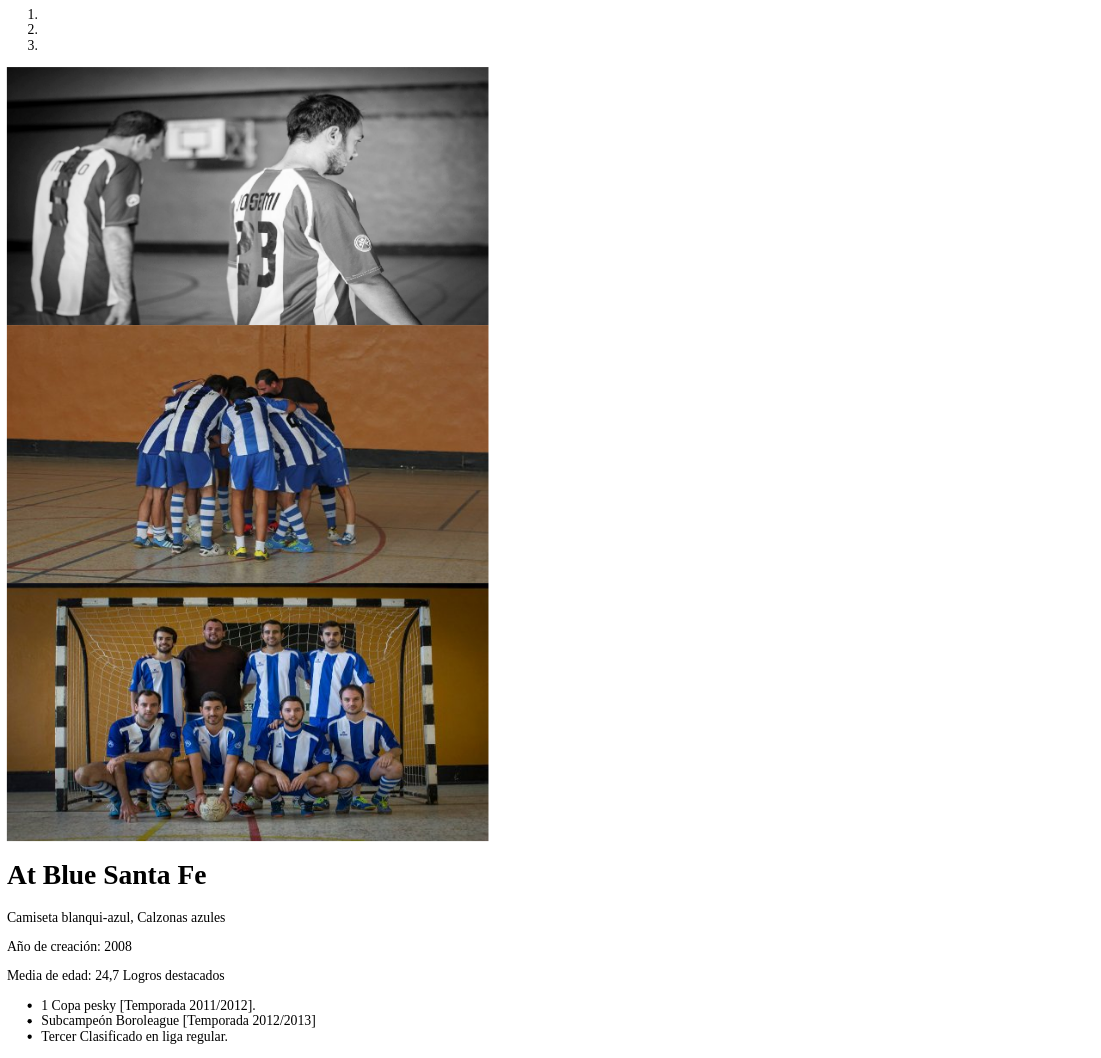
Repository: DiegoGodoy/atletiblue
Page: app/views/plantilla.html
The author's editor kept a record of every edit. The page is drawn from the files as they stood at one moment, then again after the next edit.
The browser window is 1280 px wide. The pictures show the whole page, at 86% of full size.

Above is the page before.

### app/views/plantilla.html
<div ng-controller="PlantillaCtrl" class="container" >
        <div class="row">

            <div class="col-md-12">
                <div class="panel">
                    <div class="panel-body">
                         <div id="miCarrusel" class="carousel slide col-md-7" data-ride="carousel">
                          <!-- indicadores para hacer el ciclo -->
                          <ol class="carousel-indicators">
                            <li data-target="#miCarrusel" data-slide-to="0" class="active"></li>
                            <li data-target="#miCarrusel" data-slide-to="1"></li>
                            <li data-target="#miCarrusel" data-slide-to="2"></li>
                          </ol>

                          <!-- Imágenes del slide -->
                          <div class="carousel-inner" role="listbox">
                            <div class="item active">
                              <img src="images/plantilla.jpg">
                            </div>
                            <div class="item">
                              <img src="images/plantilla2.jpg" >
                            </div>
                            <div class="item">
                              <img src="images/plantilla3.jpg">
                            </div>
                          </div>

                          <!-- botón retrasar y avanzar -->
                         <div class="left carousel-control" href="#miCarrusel"
                           role="button" data-slide="prev">
                            <span class="glyphicon glyphicon-chevron-left" ></span>
                          </div>
                          <div class="right carousel-control" href="#miCarrusel"
                           role="button" data-slide="next">
                            <span class="glyphicon glyphicon-chevron-right"></span>
                          </div>
                        </div>
                        <div class="col-md-5 palmares">
                            <h1>At Blue Santa Fe</h1>
                            <p>Camiseta blanqui-azul, Calzonas azules</p>

                            Año de creación: 2008</p>

                            Media de edad: 24,7

                            Logros destacados
                            <ul>
                                <li>1 Copa pesky [Temporada 2011/2012].</li>
                                <li>Subcampeón Boroleague [Temporada 2012/2013]</li>
                                <li>Tercer Clasificado en liga regular.</li>
                            </ul>
                        </div>
                </div>
            </div>
        </div>
    </div>

After the next edit:
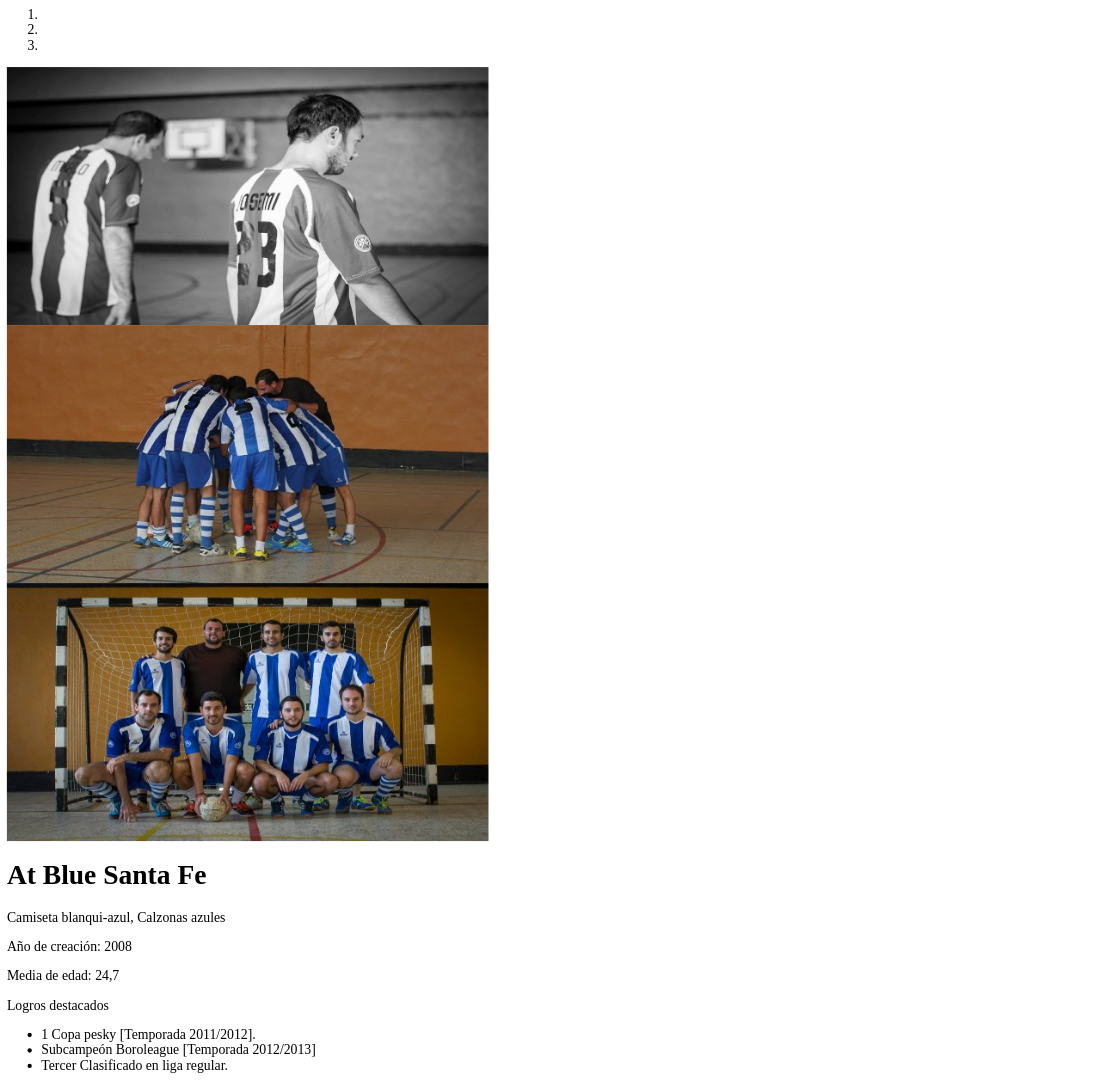
The edit:
--- a/app/views/plantilla.html
+++ b/app/views/plantilla.html
@@ -41,7 +41,7 @@
 
                             Año de creación: 2008</p>
 
-                            Media de edad: 24,7
+                            Media de edad: 24,7</p>
 
                             Logros destacados
                             <ul>
